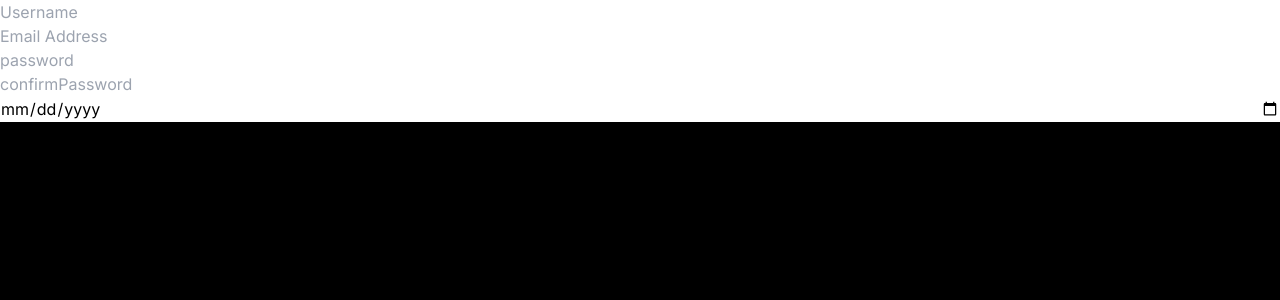
Repository: uh-sman/tiktok-card
Page: /
An editor plug-in stored every save of this project. The page is shown before and after the next save, followed by the edit.
The browser window is 1280 px wide. The pictures show the whole page.
The project was rebuilt for these pictures with package versions that can differ from the ones it lists, and the page was loaded fresh each time. The framework's server and built-in components were replaced by stand-ins that run in the browser. Also part of the build but not shown: next.config.js.

Above is the page before, as saved 2023-12-19 11:58:26.

### app/page.tsx
'use client'
import Input from "./components/Input";
import { FieldValues, SubmitHandler, useForm } from "react-hook-form";
export default function Home() {
  // const { register, handleSubmit, reset } = useForm<FieldValues>({
  //   defaultValues: {
  //     Username: "",
  //     email: '',
  //     password: '',
  //     confirmPassword: '',
  //     DateOfBirth: '',
  //     Bio: '',
  //     gender: '',
  //     termsAndConditions: ''
  //   }
  // })

  // const onSubmit: SubmitHandler<FieldValues> = () => {

  // }

  return (
    <div className="bg-black h-screen w-screen">
      {/* <div className="flex justify-center"> */}
      <div className="flex justify-center  w-full flex-col">
        <form className="flex flex-col" onSubmit={()=> {}}>
          <Input
            className=""
            id="Username"
            placeholder="Username"
            type="text"
            onChange={() => {}}
          />
          <Input
            className=""
            id="email"
            placeholder="Email Address"
            type="email"
            onChange={() => {}}
          />
          <Input
            className=""
            id="password"
            placeholder="password"
            type="password"
            onChange={() => {}}
          />
          <Input
            className=""
            id="confirmPassword"
            placeholder="confirmPassword"
            type="email"
            onChange={() => {}}
          />
          <Input
            className=""
            id="DOB"
            placeholder="Date of Birth"
            type="date"
            onChange={() => {}}
          />
          <button>Submit</button>
        </form>

      </div>
      {/* </div> */}
    </div>
  );
}



{/* <form class="max-w-sm mx-auto">
  <div class="mb-5">
    <label for="email" class="block mb-2 text-sm font-medium text-gray-900 dark:text-white">Your email</label>
    <input type="email" id="email" class="bg-gray-50 border border-gray-300 text-gray-900 text-sm rounded-lg focus:ring-blue-500 focus:border-blue-500 block w-full p-2.5 dark:bg-gray-700 dark:border-gray-600 dark:placeholder-gray-400 dark:text-white dark:focus:ring-blue-500 dark:focus:border-blue-500" placeholder="name@flowbite.com" required>
  </div>
  <div class="mb-5">
    <label for="password" class="block mb-2 text-sm font-medium text-gray-900 dark:text-white">Your password</label>
    <input type="password" id="password" class="bg-gray-50 border border-gray-300 text-gray-900 text-sm rounded-lg focus:ring-blue-500 focus:border-blue-500 block w-full p-2.5 dark:bg-gray-700 dark:border-gray-600 dark:placeholder-gray-400 dark:text-white dark:focus:ring-blue-500 dark:focus:border-blue-500" required>
  </div>
  <div class="flex items-start mb-5">
    <div class="flex items-center h-5">
      <input id="remember" type="checkbox" value="" class="w-4 h-4 border border-gray-300 rounded bg-gray-50 focus:ring-3 focus:ring-blue-300 dark:bg-gray-700 dark:border-gray-600 dark:focus:ring-blue-600 dark:ring-offset-gray-800 dark:focus:ring-offset-gray-800" required>
    </div>
    <label for="remember" class="ms-2 text-sm font-medium text-gray-900 dark:text-gray-300">Remember me</label>
  </div>
  <button type="submit" class="text-white bg-blue-700 hover:bg-blue-800 focus:ring-4 focus:outline-none focus:ring-blue-300 font-medium rounded-lg text-sm w-full sm:w-auto px-5 py-2.5 text-center dark:bg-blue-600 dark:hover:bg-blue-700 dark:focus:ring-blue-800">Submit</button>
</form> */}

### app/components/Input.tsx

type InputType = "text" | "password" | "file" | "email" | 'date'

interface InputProps {
    id: string;
    className: string;
    placeholder: string;
    type: InputType;
    onChange: (value: string, file?: File ) => void;
}

const Input: React.FC<InputProps> = ({
    id,
    className,
    placeholder,
    type,
    onChange
}) => {
    const handleChange = (event: React.ChangeEvent<HTMLInputElement>) => {
        const { value, files } = event.target;
        if (type === 'file' && files) {
            onChange(value, files[0]);
        } else {
            onChange(value);
        }
    };

    return (
        <input
            id={id}
            className=''
            placeholder={placeholder}
            type={type}
            onChange={handleChange}
        />
    );
};


export default Input;

Loaded but not shown: app/layout.tsx (common file); app/globals.css (common file); tailwind.config.ts (common file)

After the next save:
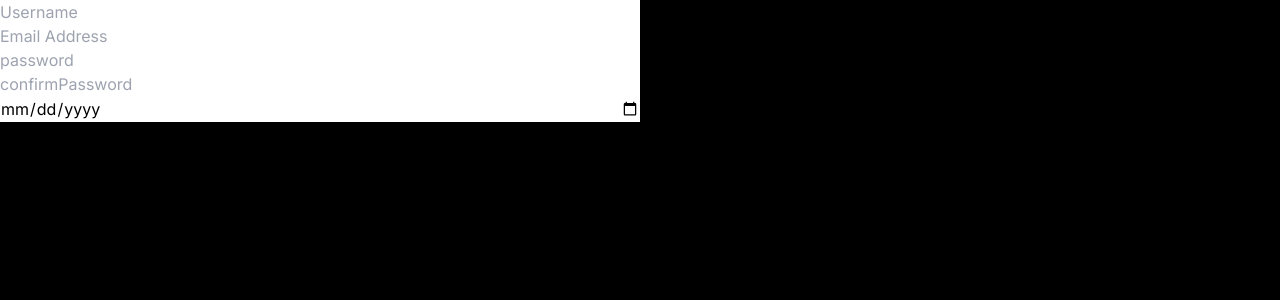
Saved 19 s later.
--- a/app/page.tsx
+++ b/app/page.tsx
@@ -23,7 +23,7 @@ export default function Home() {
     <div className="bg-black h-screen w-screen">
       {/* <div className="flex justify-center"> */}
       <div className="flex justify-center  w-full flex-col">
-        <form className="flex flex-col" onSubmit={()=> {}}>
+        <form className="flex flex-col w-1/2" onSubmit={()=> {}}>
           <Input
             className=""
             id="Username"
